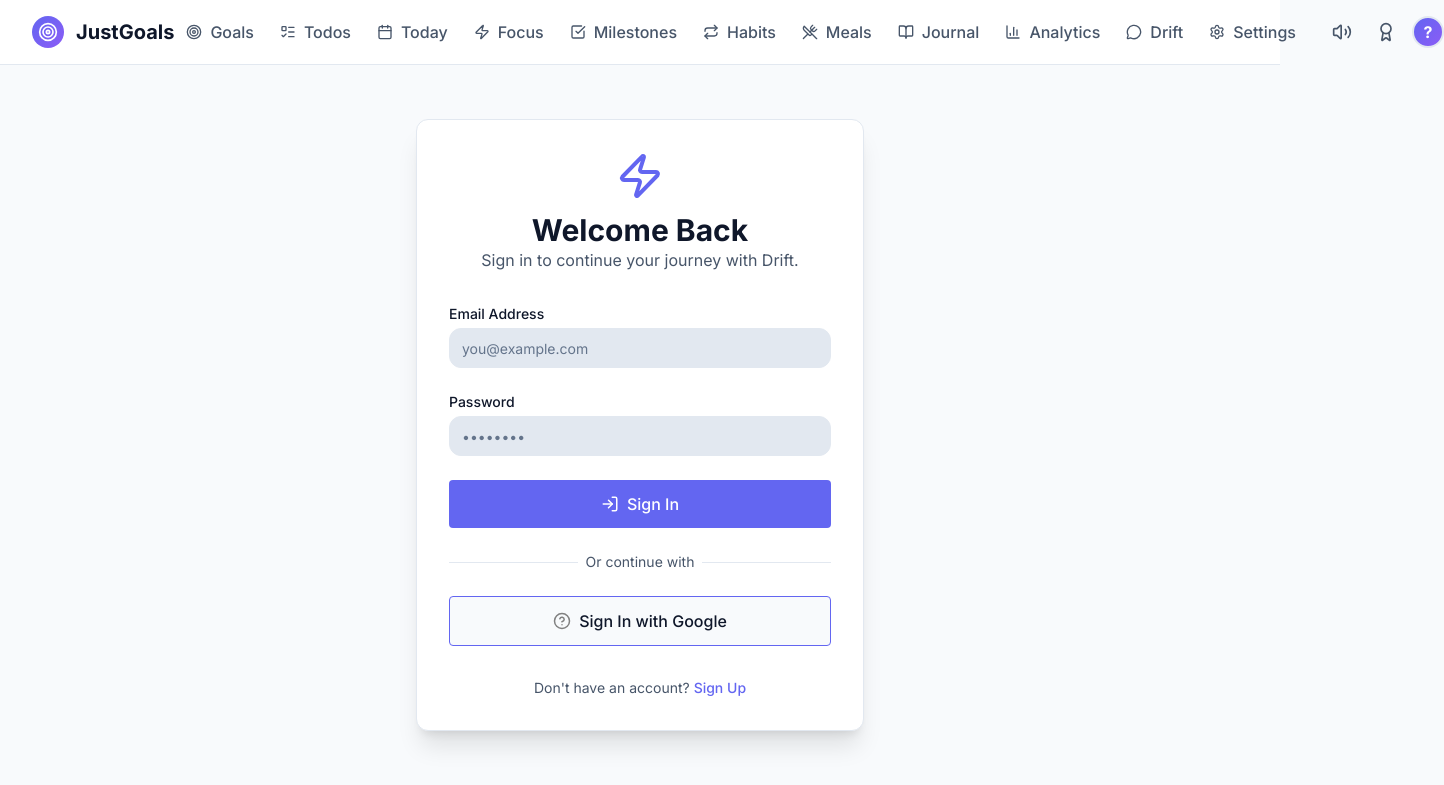
Repository: yaegerbomb42/justgoals
Page: /
The author's editor kept a copy of each file at every save. The page is drawn from the files as they stood at one save, then again after the next save.
The browser window is 1280 px wide. The page is 1444 px wide, then 1400 px, so the pictures cover 1444 px, including what lies to the right of the window. The pictures show the whole page.
The page's requests for data from a server got no answer. The project was rebuilt for these pictures with package versions that can differ from the ones it lists, and the page was loaded fresh each time. Some packages were replaced by stand-ins written for this rebuild. No one was signed in, and anything a server would have sent is missing. Also part of the build but not shown: vite.config.mjs, src/components/ui/AchievementModal.jsx, src/components/ErrorBoundary.jsx, src/services/entityManagementService.js, src/utils/goalUtils.js, src/components/ui/FloatingActionButton.jsx, src/pages/goals-dashboard/components/WelcomeHero.jsx, src/pages/goals-dashboard/components/QuickActions.jsx and 78 more.

Above is the page before, as saved 2025-07-21 20:17:19.

### index.html
<!doctype html>
<html lang="en">
  <head>
    <meta charset="utf-8" />
    <title>JustGoals</title>
    <meta name="viewport" content="width=device-width, initial-scale=1.0" />
    <meta name="theme-color" content="#ff9800" />
    <meta name="description" content="JustGoals: Achieve more with cross-device goal tracking, analytics, and gamification." />
    <link rel="icon" href="/assets/images/app-icon.png" />
    <link rel="manifest" href="/manifest.json" />
<script type="module" src="https://static.rocket.new/rocket-web.js?_cfg=https%3A%2F%2Fyaegersg9399back.builtwithrocket.new&_be=https%3A%2F%2Fapplication.rocket.new&_v=0.1.5"></script>
</head>
  <body>
    <noscript>You need to enable JavaScript to run this app.</noscript>
    <div class="dhiwise-code" id="root"></div>
    <script type="module" src="/src/index.jsx"></script>
  </body>
</html>

### src/index.jsx
import React from "react";
import { createRoot } from "react-dom/client";
import App from "./App";
import "./styles/tailwind.css";
import "./styles/index.css";
import { AuthProvider } from './context/AuthContext';
import { SettingsProvider } from './context/SettingsContext';
import { PlanDataProvider } from './context/PlanDataContext';
import { AchievementProvider } from './context/AchievementContext';
import { NotificationProvider } from './context/NotificationContext';
import { MealsProvider } from './context/MealsContext';
import { TemporaryTodosProvider } from './context/TemporaryTodosContext';

const container = document.getElementById("root");
const root = createRoot(container);

root.render(
  <AuthProvider>
    <SettingsProvider>
      <PlanDataProvider>
        <AchievementProvider>
          <NotificationProvider>
            <MealsProvider>
              <TemporaryTodosProvider>
                <App />
              </TemporaryTodosProvider>
            </MealsProvider>
          </NotificationProvider>
        </AchievementProvider>
      </PlanDataProvider>
    </SettingsProvider>
  </AuthProvider>
);

// Register service worker with update notification
if ('serviceWorker' in navigator) {
  window.addEventListener('load', () => {
    navigator.serviceWorker.register('/sw.js').then(registration => {
      registration.onupdatefound = () => {
        const installingWorker = registration.installing;
        installingWorker.onstatechange = () => {
          if (installingWorker.state === 'installed') {
            if (navigator.serviceWorker.controller) {
              // New update available
              if (window.confirm('A new version is available. Reload now?')) {
                window.location.reload();
              }
            }
          }
        };
      };
    });
  });
}

### src/context/PlanDataContext.jsx
import React, { createContext, useContext, useState, useEffect, useCallback } from 'react';

const PlanDataContext = createContext();

function normalizePlanData(input) {
  let data = input;
  if (typeof input === 'string') {
    try { data = JSON.parse(input); } catch { return []; }
  }
  if (data && !Array.isArray(data) && typeof data === 'object') {
    data = [data];
  }
  function deepFlatten(arr) {
    return arr.reduce((acc, val) => Array.isArray(val) ? acc.concat(deepFlatten(val)) : acc.concat(val), []);
  }
  if (!Array.isArray(data)) return [];
  const flat = deepFlatten(data).filter(
    item => item && typeof item === 'object' && !Array.isArray(item) && typeof item.time === 'string' && typeof item.title === 'string'
  );
  return flat;
}

export const PlanDataProvider = ({ children }) => {
  const [plan, setPlan] = useState([]);
  const [planError, setPlanError] = useState('');

  // On mount, clean all daily_plan_* keys and load today's plan
  useEffect(() => {
    Object.keys(localStorage).forEach(key => {
      if (key.startsWith('daily_plan_')) {
        try {
          const plan = JSON.parse(localStorage.getItem(key));
          if (!Array.isArray(plan) || !plan.every(item => item && typeof item === 'object' && typeof item.time === 'string' && typeof item.title === 'string')) {
            localStorage.removeItem(key);
          }
        } catch {
          localStorage.removeItem(key);
        }
      }
    });
    // Load today's plan
    const today = new Date().toISOString().split('T')[0];
    const planKey = `daily_plan_global_${today}`;
    const savedPlan = localStorage.getItem(planKey);
    if (savedPlan) {
      setPlan(normalizePlanData(savedPlan));
    } else {
      setPlan([]);
    }
  }, []);

  // Save plan to localStorage
  const savePlan = useCallback((newPlan) => {
    const today = new Date().toISOString().split('T')[0];
    const planKey = `daily_plan_global_${today}`;
    const normalized = normalizePlanData(newPlan);
    if (normalized.length > 0) {
      localStorage.setItem(planKey, JSON.stringify(normalized));
      setPlan(normalized);
      setPlanError('');
    } else {
      localStorage.removeItem(planKey);
      setPlan([]);
      setPlanError('Plan data was invalid and has been reset.');
    }
  }, []);

  // Reset all plan data
  const resetAllPlans = useCallback(() => {
    Object.keys(localStorage).forEach(key => {
      if (key.startsWith('daily_plan_')) {
        localStorage.removeItem(key);
      }
    });
    setPlan([]);
    setPlanError('All plan data has been reset.');
    window.location.reload();
  }, []);

  return (
    <PlanDataContext.Provider value={{ plan, setPlan: savePlan, planError, resetAllPlans }}>
      {children}
    </PlanDataContext.Provider>
  );
};

export const usePlanData = () => {
  const context = useContext(PlanDataContext);
  if (!context) {
    throw new Error('usePlanData must be used within a PlanDataProvider');
  }
  return context;
};

### src/context/NotificationContext.jsx
import React, { createContext, useContext } from 'react';

const NotificationContext = createContext();

export const useNotificationContext = () => {
  const context = useContext(NotificationContext);
  if (!context) {
    throw new Error('useNotificationContext must be used within a NotificationProvider');
  }
  return context;
};

export const NotificationProvider = ({ children }) => {
  const value = {
    // This context can be expanded later to include notification state management
    // For now, it just provides the context structure
  };

  return (
    <NotificationContext.Provider value={value}>
      {children}
    </NotificationContext.Provider>
  );
};

### src/components/ui/Header.jsx
import React, { useState, useRef, useEffect } from 'react';
import { useNavigate, useLocation } from 'react-router-dom';
import { motion, AnimatePresence } from 'framer-motion';
import { useAuth } from '../../context/AuthContext';
import { useSettings } from '../../context/SettingsContext';
import { useAchievements } from '../../context/AchievementContext';
import Icon from './Icon';

const Header = () => {
  const { user, logout } = useAuth();
  const { settings } = useSettings();
  const { isMusicMuted, setMusicMuted } = useSettings();
  const { achievements, unreadCount } = useAchievements();
  const navigate = useNavigate();
  const location = useLocation();

  const [profileMenuOpen, setProfileMenuOpen] = useState(false);
  const [mobileMenuOpen, setMobileMenuOpen] = useState(false);
  const profileMenuRef = useRef(null);

  const isMobile = settings?.mobile?.detected;
  const compactHeader = settings?.mobile?.compactHeader;

  // Close menus when clicking outside
  useEffect(() => {
    const handleClickOutside = (event) => {
      if (profileMenuRef.current && !profileMenuRef.current.contains(event.target)) {
        setProfileMenuOpen(false);
      }
    };

    document.addEventListener('mousedown', handleClickOutside);
    return () => document.removeEventListener('mousedown', handleClickOutside);
  }, []);

  // Close mobile menu when route changes
  useEffect(() => {
    setMobileMenuOpen(false);
  }, [location.pathname]);

  const handleLogout = async () => {
    try {
      await logout();
      navigate('/auth/login');
    } catch (error) {
      console.error('Logout failed:', error);
    }
  };

  const navigationItems = [
    { path: '/goals-dashboard', label: 'Goals', icon: 'Target' },
    { path: '/temp-todos', label: 'Todos', icon: 'ListTodo' },
    { path: '/day', label: 'Today', icon: 'Calendar' },
    { path: '/focus-mode', label: 'Focus', icon: 'Zap' },
    { path: '/daily-milestones', label: 'Milestones', icon: 'CheckSquare' },
    { path: '/habits', label: 'Habits', icon: 'Repeat' },
    { path: '/meals', label: 'Meals', icon: 'UtensilsCrossed' },
    { path: '/journal', label: 'Journal', icon: 'BookOpen' },
    { path: '/analytics-dashboard', label: 'Analytics', icon: 'BarChart3' },
    { path: '/ai-assistant-chat-drift', label: 'Drift', icon: 'MessageCircle' },
    { path: '/settings-configuration', label: 'Settings', icon: 'Settings' },
  ];

  const getCurrentPage = () => {
    return navigationItems.find(item => location.pathname.startsWith(item.path))?.label || 'JustGoals';
  };

  return (
    <header className={`bg-surface border-b border-border sticky top-0 z-40 transition-all duration-200 ${
      compactHeader && isMobile ? 'py-2' : 'py-3'
    }`}>
      <div className="max-w-7xl mx-auto px-4 sm:px-6 lg:px-8">
        <div className="flex items-center justify-between">
          {/* Logo and Title */}
          <div className="flex items-center space-x-3">
            <div className="flex-shrink-0">
              <div className="w-8 h-8 bg-gradient-to-br from-primary to-secondary rounded-lg flex items-center justify-center">
                <Icon name="Target" className="w-5 h-5 text-white" />
              </div>
            </div>
            <h1 className={`font-heading-bold text-text-primary transition-all duration-200 ${
              compactHeader && isMobile ? 'text-lg' : 'text-xl'
            }`}>
              JustGoals
            </h1>
          </div>

          {/* Desktop Navigation */}
          {!isMobile && (
            <nav className="hidden md:flex items-center space-x-0.5 mr-4">
              {navigationItems.map((item) => {
                const isActive = location.pathname.startsWith(item.path);
                return (
                  <button
                    key={item.path}
                    onClick={() => navigate(item.path)}
                    className={`flex items-center space-x-2 px-3 py-2 rounded-lg font-medium transition-all duration-200 ${
                      isActive
                        ? 'bg-primary text-white shadow-lg'
                        : 'text-text-secondary hover:text-text-primary hover:bg-surface-700'
                    }`}
                  >
                    <Icon name={item.icon} className="w-4 h-4" />
                    <span>{item.label}</span>
                  </button>
                );
              })}
            </nav>
          )}

          {/* Right Side Items */}
          <div className="flex items-center space-x-2">
            {/* Mute/Unmute Global Music */}
            <button
              onClick={() => setMusicMuted((v) => !v)}
              className="p-2 text-text-secondary hover:text-text-primary hover:bg-surface-700 rounded-lg transition-all duration-200"
              title={isMusicMuted ? 'Unmute Background Music' : 'Mute Background Music'}
            >
              <Icon name={isMusicMuted ? 'VolumeX' : 'Volume2'} className="w-5 h-5" />
            </button>
            {/* Achievement Badge */}
            <button
              onClick={() => navigate('/achievements')}
              className="relative p-2 text-text-secondary hover:text-text-primary hover:bg-surface-700 rounded-lg transition-all duration-200"
              title="Achievements"
            >
              <Icon name="Award" className="w-5 h-5" />
              {unreadCount > 0 && (
                <span className="absolute -top-1 -right-1 w-5 h-5 bg-red-500 text-white text-xs rounded-full flex items-center justify-center font-bold">
                  {unreadCount > 9 ? '9+' : unreadCount}
                </span>
              )}
            </button>

            {/* Mobile Menu Button */}
            {isMobile && (
              <button
                onClick={() => setMobileMenuOpen(!mobileMenuOpen)}
                className="p-2 text-text-secondary hover:text-text-primary hover:bg-surface-700 rounded-lg transition-all duration-200 md:hidden"
                title="Menu"
              >
                <Icon name={mobileMenuOpen ? "X" : "Menu"} className="w-5 h-5" />
              </button>
            )}

            {/* Profile Icon & Dropdown */}
            <div className="relative" ref={profileMenuRef}>
              <button
                className="flex items-center justify-center w-8 h-8 rounded-full bg-gradient-to-br from-primary to-secondary text-white font-bold border-2 border-primary-400 hover:shadow-lg transition-all duration-200 hover:scale-105"
                onClick={() => setProfileMenuOpen((v) => !v)}
                title="Profile"
              >
                {(settings?.profile?.displayName || user?.displayName)?.[0]?.toUpperCase() ?? user?.email?.[0]?.toUpperCase() ?? '?'}
              </button>
              <AnimatePresence>
                {profileMenuOpen && (
                  <motion.div
                    initial={{ opacity: 0, y: -10, scale: 0.95 }}
                    animate={{ opacity: 1, y: 0, scale: 1 }}
                    exit={{ opacity: 0, y: -10, scale: 0.95 }}
                    className="absolute right-0 mt-3 w-64 bg-surface border border-border rounded-xl shadow-xl z-50 overflow-hidden"
                  >
                    {/* User Info Section */}
                    <div className="p-4 bg-gradient-to-r from-primary/5 to-secondary/5 border-b border-border">
                      <div className="flex items-center space-x-3">
                        <div className="w-10 h-10 rounded-full bg-gradient-to-br from-primary to-secondary flex items-center justify-center text-white font-bold text-lg">
                          {(settings?.profile?.displayName || user?.displayName)?.[0]?.toUpperCase() ?? user?.email?.[0]?.toUpperCase() ?? '?'}
                        </div>
                        <div className="flex-1 min-w-0">
                          <div className="font-semibold text-text-primary truncate">
                            {settings?.profile?.displayName || user?.displayName || 'User'}
                          </div>
                          <div className="text-xs text-text-secondary truncate">
                            {user?.email}
                          </div>
                        </div>
                      </div>
                    </div>

                    {/* Menu Items */}
                    <div className="p-2">
                      <button
                        className="w-full flex items-center space-x-3 px-3 py-2 text-left text-red-500 hover:bg-red-500/10 rounded-lg transition-colors duration-200"
                        onClick={handleLogout}
                      >
                        <Icon name="LogOut" className="w-4 h-4" />
                        <span className="text-sm font-medium">Sign Out</span>
                      </button>
                    </div>
                  </motion.div>
                )}
              </AnimatePresence>
            </div>
          </div>
        </div>

        {/* Mobile Navigation Menu */}
        <AnimatePresence>
          {mobileMenuOpen && isMobile && (
            <motion.div
              initial={{ opacity: 0, height: 0 }}
              animate={{ opacity: 1, height: 'auto' }}
              exit={{ opacity: 0, height: 0 }}
              className="md:hidden mt-3 border-t border-border pt-3"
            >
              <nav className="grid grid-cols-2 gap-2">
                {navigationItems.map((item) => {
                  const isActive = location.pathname.startsWith(item.path);
                  return (
                    <button
                      key={item.path}
                      onClick={() => navigate(item.path)}
                      className={`flex items-center space-x-2 px-3 py-3 rounded-lg font-medium transition-all duration-200 ${
                        isActive
                          ? 'bg-primary text-white shadow-lg'
                          : 'text-text-secondary hover:text-text-primary hover:bg-surface-700'
                      }`}
                    >
                      <Icon name={item.icon} className="w-4 h-4" />
                      <span className="text-sm">{item.label}</span>
                    </button>
                  );
                })}
              </nav>
            </motion.div>
          )}
        </AnimatePresence>
      </div>
    </header>
  );
};

export default Header;

### src/components/ui/Icon.jsx
import React from 'react';
import * as LucideIcons from 'lucide-react';
import { HelpCircle } from 'lucide-react';

function Icon({
    name,
    size = 24,
    color = "currentColor",
    className = "",
    strokeWidth = 2,
    ...props
}) {
    const IconComponent = LucideIcons[name];

    if (!IconComponent) {
        return <HelpCircle size={size} color="gray" strokeWidth={strokeWidth} className={className} {...props} />;
    }

    return <IconComponent
        size={size}
        color={color}
        strokeWidth={strokeWidth}
        className={className}
        {...props}
    />;
}
export default Icon;

### src/components/ui/Input.jsx
import React, { forwardRef } from "react";

const Input = forwardRef(({ className = "", type = "text", ...props }, ref) => {

    // CheckBox-specific styles - enhanced with comprehensive theming
    if (type === "checkbox") {
        const checkboxClass =
            "h-4 w-4 mx-1 rounded border border-border bg-background text-primary focus:ring-2 focus:ring-form-focus focus:ring-offset-2 disabled:cursor-not-allowed disabled:opacity-50";

        return (
            <input
                type="checkbox"
                className={checkboxClass}
                ref={ref}
                {...props}
            />
        );
    }

    // Radio button-specific styles - enhanced with comprehensive theming
    if (type === "radio") {
        const radioClass =
            "h-4 w-4 mx-1 rounded-full border border-border bg-background text-primary focus:ring-2 focus:ring-form-focus focus:ring-offset-2 disabled:cursor-not-allowed disabled:opacity-50";

        return (
            <input
                type="radio"
                className={radioClass + " " + className}
                ref={ref}
                {...props}
            />
        );
    }

    const baseClass =
        "flex h-10 w-full rounded-md border border-border bg-input px-3 py-2 text-base text-text-primary ring-offset-background file:border-0 file:bg-transparent file:text-sm file:font-medium file:text-primary placeholder:text-text-muted focus-visible:outline-none focus-visible:ring-2 focus-visible:ring-form-focus focus-visible:ring-offset-2 disabled:cursor-not-allowed disabled:opacity-50 md:text-sm";

    return (
        <input
            type={type}
            className={baseClass + " " + className}
            ref={ref}
            {...props}
        />
    );
});

Input.displayName = "Input";

export default Input;

Loaded but not shown: src/styles/tailwind.css (library); src/components/ScrollToTop.jsx (common file); src/components/AppIcon.jsx (common file); src/services/firestoreService.js (1044 lines, source omitted); src/services/achievementService.js (985 lines, source omitted); src/services/smsNotificationService.js (607 lines, source omitted); src/services/calendarSyncService.js (585 lines, source omitted); src/services/notificationService.js (532 lines, source omitted); src/utils/themeUtils.js (597 lines, source omitted); src/services/integrationService.js (568 lines, source omitted); src/services/geminiService.js (430 lines, source omitted); src/services/analyticsService.js (311 lines, source omitted); src/services/backupService.js (246 lines, source omitted); src/services/discordNotificationService.js (289 lines, source omitted); tailwind.config.js (158 lines, source omitted); src/utils/demoDataGenerator.js (222 lines, source omitted); src/hooks/useNotifications.js (184 lines, source omitted); src/services/ntfyNotificationService.js (57 lines, source omitted); src/services/firebaseClient.js (23 lines, source omitted); src/services/emailNotificationService.js (29 lines, source omitted); src/styles/index.css (469 lines, source omitted); src/context/SettingsContext.jsx (283 lines, source omitted); src/components/ui/AmbientSoundPlayer.jsx (245 lines, source omitted); src/context/AchievementContext.jsx (232 lines, source omitted); src/context/TemporaryTodosContext.jsx (249 lines, source omitted); src/context/MealsContext.jsx (181 lines, source omitted); src/components/ui/Button.jsx (138 lines, source omitted); src/pages/auth/LoginPage.jsx (122 lines, source omitted); src/Routes.jsx (87 lines, source omitted); src/context/AuthContext.jsx (109 lines, source omitted); src/App.jsx (93 lines, source omitted)

After the next save:
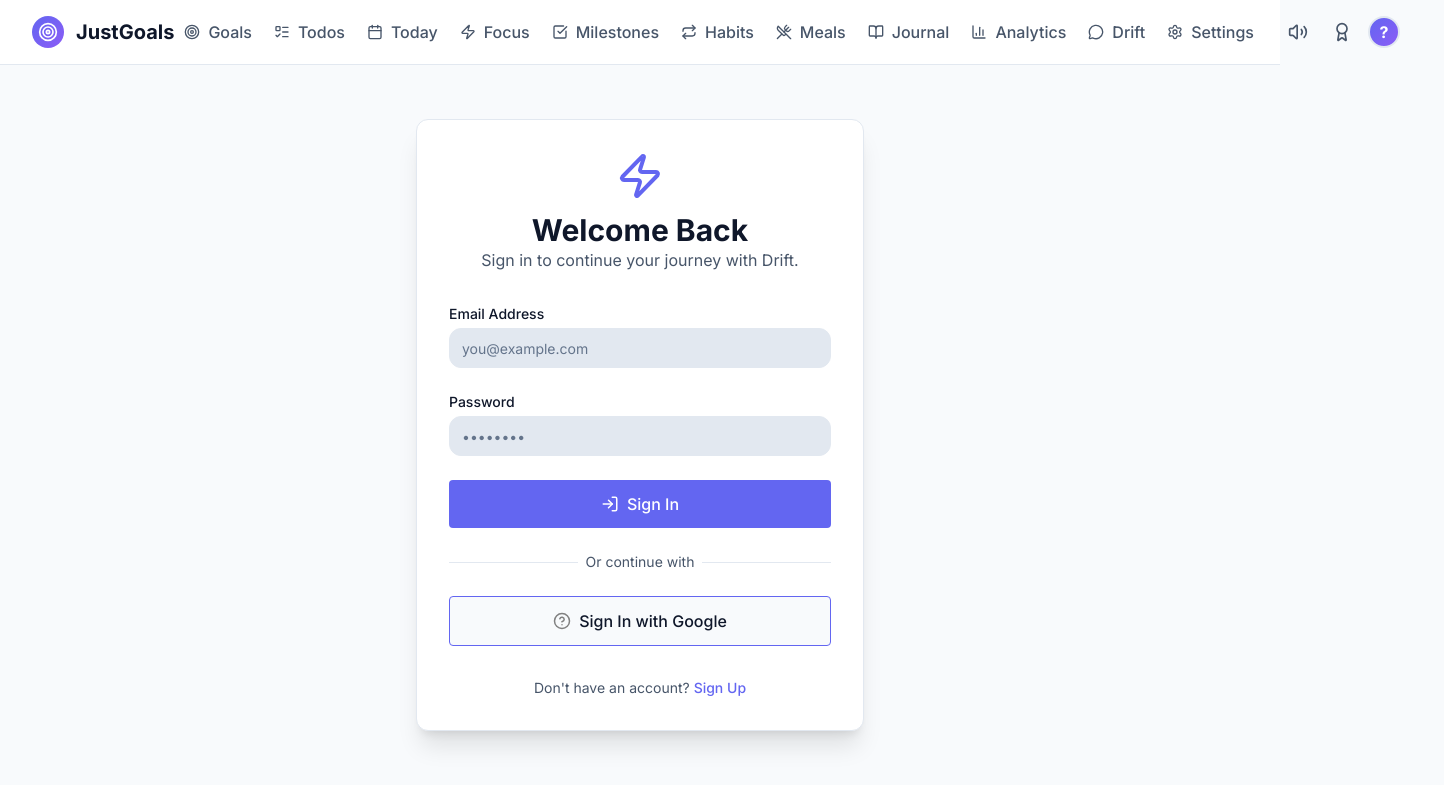
Saved 10 s later.
--- a/src/components/ui/Header.jsx
+++ b/src/components/ui/Header.jsx
@@ -94,7 +94,7 @@ const Header = () => {
                   <button
                     key={item.path}
                     onClick={() => navigate(item.path)}
-                    className={`flex items-center space-x-2 px-3 py-2 rounded-lg font-medium transition-all duration-200 ${
+                    className={`flex items-center space-x-2 px-2.5 py-2 rounded-lg font-medium transition-all duration-200 ${
                       isActive
                         ? 'bg-primary text-white shadow-lg'
                         : 'text-text-secondary hover:text-text-primary hover:bg-surface-700'
